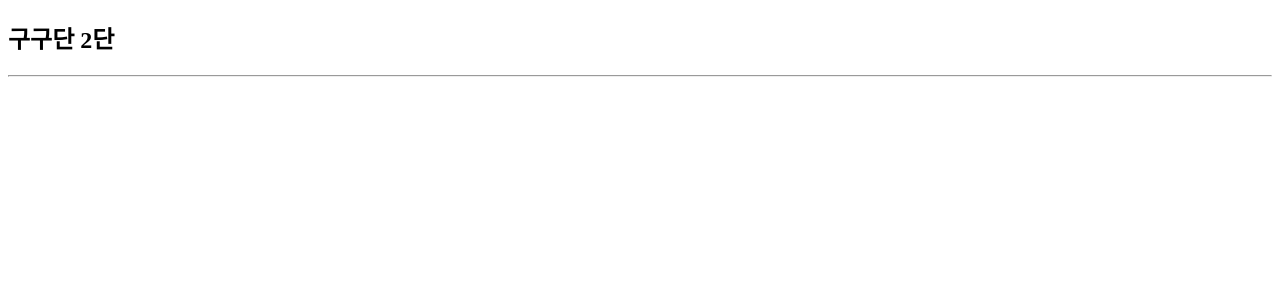
Repository: developedbyssony/JSP
Page: http://localhost/JSPbasic/jsptag/scriptlet.jsp
These files come from the project's save history. The page is drawn as it stood at one moment and after the next save; the edit follows.
The browser window is 1280 px wide. The pictures show the whole page.
The page is served by Tomcat 9. Other server files are loaded and not shown.

Above is the page before, as saved 2022-03-22 11:21:14.

### JSPbasic/src/main/webapp/jsptag/scriptlet.jsp
<%@ page language="java" contentType="text/html; charset=UTF-8"
    pageEncoding="UTF-8"%>
<!DOCTYPE html>
<html>
<head>
<meta charset="UTF-8">
<title>Insert title here</title>
</head>
<body>
	<% System.out.println("콘솔에 메세지를 찍을 때는 System.out.println()을 씁니다."); %>
	<h2>구구단 2단</h2><hr />

</body>
</html>

After the next save:
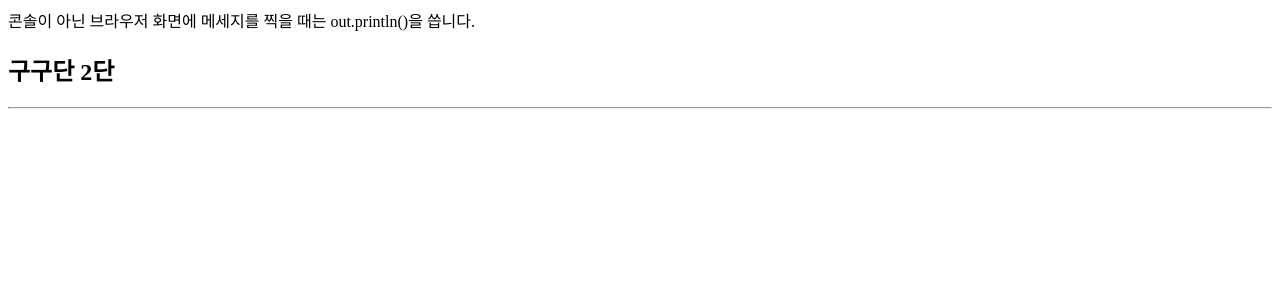
Saved 2 min 44 s later.
--- a/JSPbasic/src/main/webapp/jsptag/scriptlet.jsp
+++ b/JSPbasic/src/main/webapp/jsptag/scriptlet.jsp
@@ -7,7 +7,8 @@
 <title>Insert title here</title>
 </head>
 <body>
-	<% System.out.println("콘솔에 메세지를 찍을 때는 System.out.println()을 씁니다."); %>
+	<% System.out.println("콘솔에 메세지를 찍을 때는 System.out.println()을 씁니다.");
+	out.println("콘솔이 아닌 브라우저 화면에 메세지를 찍을 때는 out.println()을 씁니다.");%>
 	<h2>구구단 2단</h2><hr />
 
 </body>
